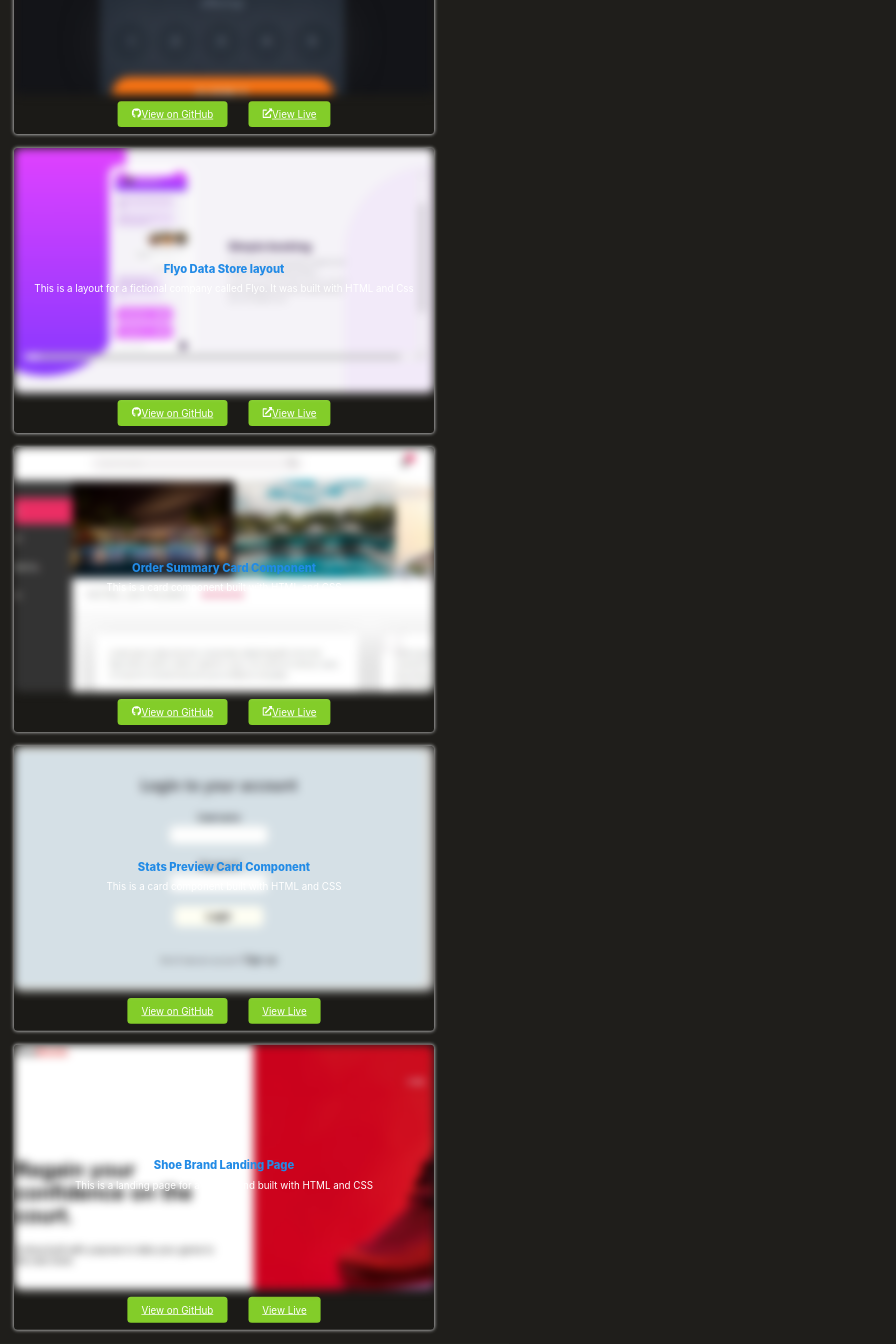
Repository: MikkyPrestige/portfolio
Page: /projects
The author's editor kept a copy of each file at every save. The page is drawn from the files as they stood at one save, then again after the next save.
The browser window is 1280 px wide. The pictures show the part of the page from y = 3731 to 5651 px (the page is 5651 px tall), at 70% of full size.
The project was rebuilt for these pictures with package versions that can differ from the ones it lists, and the page was loaded fresh each time. Also part of the build but not shown: src/components/avatar.jsx, src/components/home.jsx, src/components/about.jsx, src/components/fallback.jsx.

Above is the page before, as saved 2023-02-21 17:51:14.

### public/index.html
<!DOCTYPE html>
<html lang="en">
  <head>
    <meta charset="utf-8" />
    <link rel="icon" href="%PUBLIC_URL%/favicon.ico" />
    <meta name="viewport" content="width=device-width, initial-scale=1" />
    <meta name="theme-color" content="#000000" />
    <meta
      name="description"
      content="Web site created using create-react-app"
    />
    <link rel="apple-touch-icon" href="%PUBLIC_URL%/logo192.png" />
    <!--
      manifest.json provides metadata used when your web app is installed on a
      user's mobile device or desktop. See https://developers.google.com/web/fundamentals/web-app-manifest/
    -->
    <link rel="manifest" href="%PUBLIC_URL%/manifest.json" />
    <!--
      Notice the use of %PUBLIC_URL% in the tags above.
      It will be replaced with the URL of the `public` folder during the build.
      Only files inside the `public` folder can be referenced from the HTML.

      Unlike "/favicon.ico" or "favicon.ico", "%PUBLIC_URL%/favicon.ico" will
      work correctly both with client-side routing and a non-root public URL.
      Learn how to configure a non-root public URL by running `npm run build`.
    -->
    <title>Elue Michael Portfolio</title>
  </head>
  <body>
    <noscript>You need to enable JavaScript to run this app.</noscript>
    <div id="root"></div>
    <!--
      This HTML file is a template.
      If you open it directly in the browser, you will see an empty page.

      You can add webfonts, meta tags, or analytics to this file.
      The build step will place the bundled scripts into the <body> tag.

      To begin the development, run `npm start` or `yarn start`.
      To create a production bundle, use `npm run build` or `yarn build`.
    -->
  </body>
</html>

### src/assets/styles/sass/main.scss
@import 'abstracts/variables';
@import 'base/base';
@import 'layouts/header';
@import 'pages/home';
@import 'pages/about';
@import 'pages/projects';

// @media (prefers-reduced-motion: no-preference) {
//   .App-logo {
//     animation: App-logo-spin infinite 20s linear;
//   }
// }

// @keyframes App-logo-spin {
//   from {
//     transform: rotate(0deg);
//   }
//   to {
//     transform: rotate(360deg);
//   }
// }

### src/components/projects.jsx
import { Link } from "react-router-dom";
import { FaGithub } from 'react-icons/fa';
import { FaExternalLinkAlt } from 'react-icons/fa';

const Projects = () => {
  return (
    <div className="project">
      <h1 className="project--title">My Works</h1>
      <div className="project--wrapper">
        <div className="project--card">
          <div className="project--card__blur project--card__blur-1"></div>
          <div className="project--card__content">
            <h2 className="project--card__content__title">RanDomPeopleApp</h2>
            <p className="project--card__content__desc">
              This is a web app that uses firebase authentication and displays
              random people data generated from randomuser API. (built with
              React).
            </p>
          </div>
          <div className="project--card__links">
            <Link
              to={{ pathname: "https://github.com/MeekyBerry/RandomPeopleApp" }}
              target="_blank"
              className="project--card__links__link"
            >
              <FaGithub  />
              View on GitHub
            </Link>
            <Link
              to={{ pathname: "https://randompeopleapp.vercel.app" }}
              target="_blank"
              className="project--card__links__link"
            >
              <FaExternalLinkAlt />
              View Live
            </Link>
          </div>
        </div>
        <div className="project--card">
          <div className="project--card__blur project--card__blur-2"></div>
          <div className="project--card__content">
            <h2 className="project--card__content__title">Phonie App</h2>
            <p className="project--card__content__desc">
              The Phonie Project is a web-based application created by the team
              "Phantom_Devz" that determines the telecom carrier based on a
              phone number entered by the user
            </p>
          </div>
          <div className="project--card__links">
            <Link
              to={{
                pathname:
                  "https://github.com/MeekyBerry/Phonie-project-Phantom_Devz",
              }}
              target="_blank"
              className="project--card__links__link"
            >
              <FaGithub />
              View on GitHub
            </Link>
            <Link
              to={{ pathname: "https://phantom-devz-phonie.netlify.app/" }}
              target="_blank"
              className="project--card__links__link"
            >
              <FaExternalLinkAlt />
              View Live
            </Link>
          </div>
        </div>
        <div className="project--card">
          <div className="project--card__blur project--card__blur-3"></div>
          <div className="project--card__content">
            <h2 className="project--card__content__title">
              Chat App (Css Illustration)
            </h2>
            <p className="project--card__content__desc">
              This is a simple chat app built with HTML, CSS and JavaScript.
            </p>
          </div>
          <div className="project--card__links">
            <Link
              to={{
                pathname:
                  "https://github.com/MeekyBerry/Frontend-Mentor-challenges/tree/main/chat-app-css-illustration",
              }}
              target="_blank"
              className="project--card__links__link"
            >
              <FaGithub />
              View on GitHub
            </Link>
            <Link
              to={{ pathname: "https://chat-app-css-project.netlify.app/" }}
              target="_blank"
              className="project--card__links__link"
            >
              <FaExternalLinkAlt />
              View Live
            </Link>
          </div>
        </div>
        <div className="project--card">
          <div className="project--card__blur project--card__blur-4"></div>
          <div className="project--card__content">
            <h2 className="project--card__content__title">
              Natour Landing Page
            </h2>
            <p className="project--card__content__desc">
              This is a landing page for a fictional company called Natours. It
              was built with HTML, CSS and SASS.
            </p>
          </div>
          <div className="project--card__links">
            <Link
              to={{
                pathname:
                  "https://github.com/MeekyBerry/Advanced-CSS-Sass-Course-Projects/tree/master/Natours-project",
              }}
              target="_blank"
              className="project--card__links__link"
            >
              <FaGithub />
              View on GitHub
            </Link>
            <Link
              to={{ pathname: "https://natour-landing-page.netlify.app/" }}
              target="_blank"
              className="project--card__links__link"
            >
              <FaExternalLinkAlt />
              View Live
            </Link>
          </div>
        </div>
        <div className="project--card">
          <div className="project--card__blur project--card__blur-5"></div>
          <div className="project--card__content">
            <h2 className="project--card__content__title">
              GitHub Repository App
            </h2>
            <p className="project--card__content__desc">
              This is a web app that uses the GitHub API to display a user's
              repositories. It was built with React.
            </p>
          </div>
          <div className="project--card__links">
            <Link
              to={{
                pathname:
                  "https://github.com/MeekyBerry/exam-project-altschoolafrica",
              }}
              target="_blank"
              className="project--card__links__link"
            >
              <FaGithub />
              View on GitHub
            </Link>
            <Link
              to={{ pathname: "https://github-repos-display.vercel.app/" }}
              target="_blank"
              className="project--card__links__link"
            >
              <FaExternalLinkAlt />
              View Live
            </Link>
          </div>
        </div>
        <div className="project--card">
          <div className="project--card__blur project--card__blur-6"></div>
          <div className="project--card__content">
            <h2 className="project--card__content__title">
              Trillo Landing Page
            </h2>
            <p className="project--card__content__desc">
              This is a landing page for a fictional company called Trillo. It
              was built with HTML, CSS and SASS.
            </p>
          </div>
          <div className="project--card__links">
            <Link
              to={{
                pathname:
                  "https://github.com/MeekyBerry/Advanced-CSS-Sass-Course-Projects/tree/master/Trillow-project",
              }}
              target="_blank"
              className="project--card__links__link"
            >
              <FaGithub />
              View on GitHub
            </Link>
            <Link
              to={{
                pathname: "https://fantastic-crostata-3e9a02.netlify.app/",
              }}
              target="_blank"
              className="project--card__links__link"
            >
              <FaExternalLinkAlt />
              View Live
            </Link>
          </div>
        </div>
        <div className="project--card">
          <div className="project--card__blur project--card__blur-7"></div>
          <div className="project--card__content">
            <h2 className="project--card__content__title">
              Phony Authentication
            </h2>
            <p className="project--card__content__desc">
              This is a simple authentication app built with React and Firebase.
            </p>
          </div>
          <div className="project--card__links">
            <Link
              to={{
                pathname:
                  "https://github.com/MeekyBerry/fake-user-authentication",
              }}
              target="_blank"
              className="project--card__links__link"
            >
              <FaGithub />
              View on GitHub
            </Link>
            <Link
              to={{ pathname: "https://fake-auth.vercel.app/" }}
              target="_blank"
              className="project--card__links__link"
            >
              <FaExternalLinkAlt />
              View Live
            </Link>
          </div>
        </div>
        <div className="project--card">
          <div className="project--card__blur project--card__blur-8"></div>
          <div className="project--card__content">
            <h2 className="project--card__content__title">Calculator</h2>
            <p className="project--card__content__desc">
              This is a simple calculator app built with React.
            </p>
          </div>
          <div className="project--card__links">
            <Link
              to={{ pathname: "https://github.com/MeekyBerry/calculator" }}
              target="_blank"
              className="project--card__links__link"
            ><FaGithub />
              View on GitHub
            </Link>
            <Link
              to={{ pathname: "https://calculator-omega-murex.vercel.app/" }}
              target="_blank"
              className="project--card__links__link"
            >
              <FaExternalLinkAlt />
              View Live
            </Link>
          </div>
        </div>
        <div className="project--card">
          <div className="project--card__blur project--card__blur-9"></div>
          <div className="project--card__content">
            <h2 className="project--card__content__title">
              Interactive Rating Component
            </h2>
            <p className="project--card__content__desc">
              This is an interactive rating component built with HTML, CSS and
              JavaScript
            </p>
          </div>
          <div className="project--card__links">
            <Link
              to={{
                pathname:
                  "https://github.com/MeekyBerry/Frontend-Mentor-challenges/tree/main/interactive-rating-component",
              }}
              target="_blank"
              className="project--card__links__link"
            >
              <FaGithub />
              View on GitHub
            </Link>
            <Link
              to={{
                pathname:
                  "https://interactive-ratings-component-project.netlify.app/",
              }}
              target="_blank"
              className="project--card__links__link"
            >
              <FaExternalLinkAlt />
              View Live
            </Link>
          </div>
        </div>
        <div className="project--card">
          <div className="project--card__blur project--card__blur-10"></div>
          <div className="project--card__content">
            <h2 className="project--card__content__title">
              Flyo Data Store layout
            </h2>
            <p className="project--card__content__desc">
              This is a layout for a fictional company called Flyo. It was built
              with HTML and Css
            </p>
          </div>
          <div className="project--card__links">
            <Link
              to={{
                pathname:
                  "https://github.com/MeekyBerry/Frontend-Mentor-challenges/tree/main/fylo-data-store-layout",
              }}
              target="_blank"
              className="project--card__links__link"
            >
              <FaGithub />
              View on GitHub
            </Link>
            <Link
              to={{ pathname: "https://fylo-data-store-layout.netlify.app/" }}
              target="_blank"
              className="project--card__links__link"
            >
              <FaExternalLinkAlt />
              View Live
            </Link>
          </div>
        </div>
        <div className="project--card">
          <div className="project--card__blur project--card__blur-11"></div>
          <div className="project--card__content">
            <h2 className="project--card__content__title">
              Order Summary Card Component
            </h2>
            <p className="project--card__content__desc">
              This is a card component built with HTML and CSS
            </p>
          </div>
          <div className="project--card__links">
            <Link
              to={{
                pathname:
                  "https://github.com/MeekyBerry/Frontend-Mentor-challenges/tree/main/order-summary-card-component",
              }}
              target="_blank"
              className="project--card__links__link"
            >
              <FaGithub />
              View on GitHub
            </Link>
            <Link
              to={{
                pathname: "https://order-summary-card-project.netlify.app/",
              }}
              target="_blank"
              className="project--card__links__link"
            >
              <FaExternalLinkAlt />
              View Live
            </Link>
          </div>
        </div>
        <div className="project--card">
          <div className="project--card__blur project--card__blur-13"></div>
          <div className="project--card__content">
            <h2 className="project--card__content__title">
              Stats Preview Card Component
            </h2>
            <p className="project--card__content__desc">
              This is a card component built with HTML and CSS
            </p>
          </div>
          <div className="project--card__links">
            <Link
              to={{
                pathname:
                  "https://github.com/MeekyBerry/Frontend-Mentor-challenges/tree/main/stats-preview-card-compo",
              }}
              target="_blank"
              className="project--card__links__link"
            >
              View on GitHub
            </Link>
            <Link
              to={{
                pathname: "https://stats-preview-card-project.netlify.app/",
              }}
              target="_blank"
              className="project--card__links__link"
            >
              View Live
            </Link>
          </div>
        </div>
        <div className="project--card">
          <div className="project--card__blur project--card__blur-14"></div>
          <div className="project--card__content">
            <h2 className="project--card__content__title">
              Shoe Brand Landing Page
            </h2>
            <p className="project--card__content__desc">
              This is a landing page for a shoe brand built with HTML and CSS
            </p>
          </div>
          <div className="project--card__links">
            <Link
              to={{
                pathname:
                  "https://github.com/MeekyBerry/Shoe-brand-landing-page",
              }}
              target="_blank"
              className="project--card__links__link"
            >
              View on GitHub
            </Link>
            <Link
              to={{ pathname: "https://shoe-brand-landing-page.netlify.app/" }}
              target="_blank"
              className="project--card__links__link"
            >
              View Live
            </Link>
          </div>
        </div>
      </div>
    </div>
  );
};

export default Projects;

### src/assets/styles/sass/abstracts/_variables.scss
:root {
  --color-primary: #cc4600;
  --color-secondary: #bb45cb;
  --color-tertiary: #eefff8;

  // MARK UP
  --color--markup: #FF8303;
  // TEXT
  --color--text: #F0E3CA;

  // BACKGROUND
  --color--bg: #2D322A;
  --color--bg-light: #242320;
  --color--bg-dark: #1B1A17;
  --color--bg-dark-2: #1F1E1B;
  //DARK
  --color--dark: rgba(22, 22, 22, 1);
  --color--dark-1: rgba(34, 34, 34, 1);
  --color--dark-2: rgba(45, 45, 45, 1);
  --color--dark-3: rgba(51, 51, 51, 1);
  --color--dark-4: rgba(189, 189, 189, 1);
  //WHITE
  --color--white: rgba(255, 255, 255, 1);
  --color--white-1: rgba(240, 227, 202, 1);
  --color--white-op: rgba(240, 227, 202, 0.76);

  // GRAY
  --color--gray: #ABB2BF;

  --light-blue: rgba(97, 218, 251, 1);
  --light-blue--1: #3bc9db;
  --dark-blue: rgba(0, 122, 204, 1);
  --blue-cyan: #228be6;
  --dark-blue-op: rgba(6, 6, 7, 0.82);

  --color--green: rgba(131, 205, 41, 1);

  //Font size
  --font-size: 1rem;
  --font-size--small: 1.2rem;
  --font-size--medium: 1.4rem;
  --font-size--large: 1.6rem;
  --font-size--x-large: 1.8rem;
  --font-size--xx-large: 2rem;
  // ICON FONTS
  --font-size--icon: 3rem;
  --font-size--icon-1: 3.5rem;
  --font-size--icon-2: 4rem;


  //Font family
  --font-family: 'Roboto', sans-serif;
  --font--family--primary: 'Inter', sans-serif;
  --font-family--secondary: 'Inconsolata', monospace;
  --font-family--tertiary: 'Impact', sans-serif;
  --font-family--2: 'Fira Code', monospace;

  // FONT WEIGHT
  --font-weight--light: 300;
  --font-weight--regular: 400;
  --font-weight--medium: 600;
  --font-weight--bold: 800;
  // --font-weight--boldest: 900;
}

### src/assets/styles/sass/base/_base.scss
*,
*::after,
*::before {
  margin: 0;
  padding: 0;
  box-sizing: border-box;
}

html {
  font-size: 62.5%;
  font-family: var(--font-family);
  color: var(--color-white);
  background-color: var(--color--bg);
}

::selection {
  background-color: var(--color-primary);
  color: var(--color-white);
}

### src/assets/styles/sass/pages/home.scss
.home {
  width: 100%;
  height: 100vh;
  background: radial-gradient(100% 100% at 50% 100%, var(--color--bg-dark-2) 21.52%, var(--color--bg-dark) 100%);

  &--contents {
    display: flex;
    flex-direction: column;
    justify-content: center;
    align-items: center;
    padding: 3rem 5rem;
    gap: 3rem;
  }

  &--content {
    display: flex;
    flex-direction: column;
    align-items: flex-start;
    padding: 0;
    gap: .5rem;

    &__title {
      font-family: var(--font-family--secondary);
      font-size: var(--font-size--x-large);
      font-weight: var(--font-weight--boldest);
      color: var(--dark-blue);
    }

    &__subtitle {
      font-family: var(--font-family--secondary);
      font-size: var(--font-size--large);
      font-weight: var(--font-weight--bold);
      color: var(--color--text);
    }

    &__desc {
      font-family: var(--font-family--secondary);
      font-size: var(--font-size--small);
      font-weight: var(--font-weight--regular);
      color: var(--color--white-1);
    }
  }

  &--avatar {
    border-radius: 5%;
    -webkit-border-radius: 5%;
    -moz-border-radius: 5%;
    -ms-border-radius: 5%;
    -o-border-radius: 5%;
    background-image: radial-gradient(circle, var(--blue-cyan) 5%, var(--light-blue--1) 95%);
  }
}

Loaded but not shown: src/index.css (common file); src/reportWebVitals.js (common file); src/index.js (21 lines, source omitted); src/App.js (22 lines, source omitted); src/components/layout.jsx (141 lines, source omitted); src/assets/styles/sass/pages/_projects.scss (162 lines, source omitted); src/assets/styles/sass/pages/_about.scss (158 lines, source omitted); src/assets/styles/sass/layouts/_header.scss (111 lines, source omitted)

After the next save:
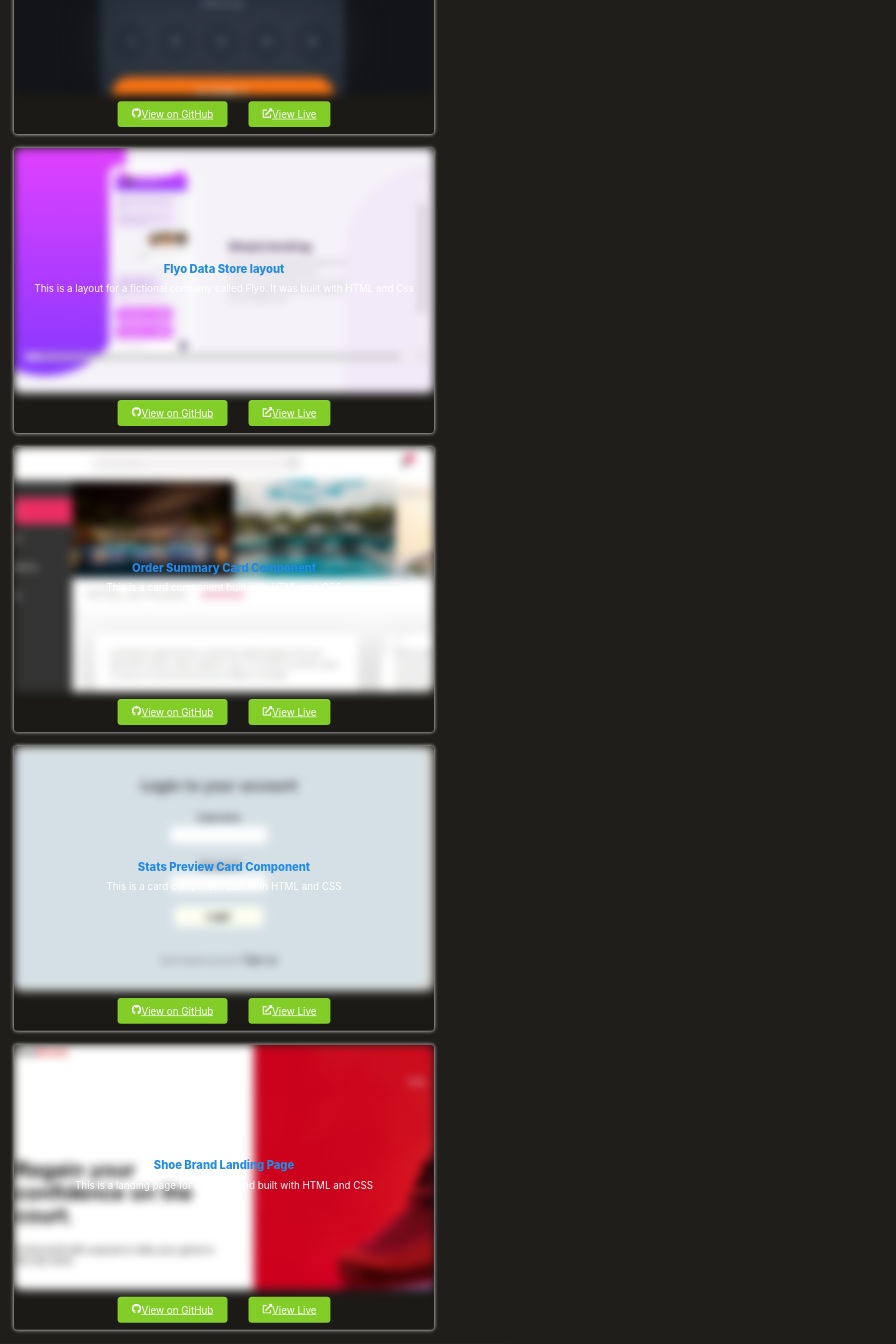
Saved 40 s later.
--- a/src/components/projects.jsx
+++ b/src/components/projects.jsx
@@ -381,6 +381,7 @@ const Projects = () => {
               target="_blank"
               className="project--card__links__link"
             >
+              <FaGithub />
               View on GitHub
             </Link>
             <Link
@@ -390,6 +391,7 @@ const Projects = () => {
               target="_blank"
               className="project--card__links__link"
             >
+              <FaExternalLinkAlt />
               View Live
             </Link>
           </div>
@@ -413,6 +415,7 @@ const Projects = () => {
               target="_blank"
               className="project--card__links__link"
             >
+              <FaGithub />
               View on GitHub
             </Link>
             <Link
@@ -420,6 +423,7 @@ const Projects = () => {
               target="_blank"
               className="project--card__links__link"
             >
+              <FaExternalLinkAlt />
               View Live
             </Link>
           </div>
